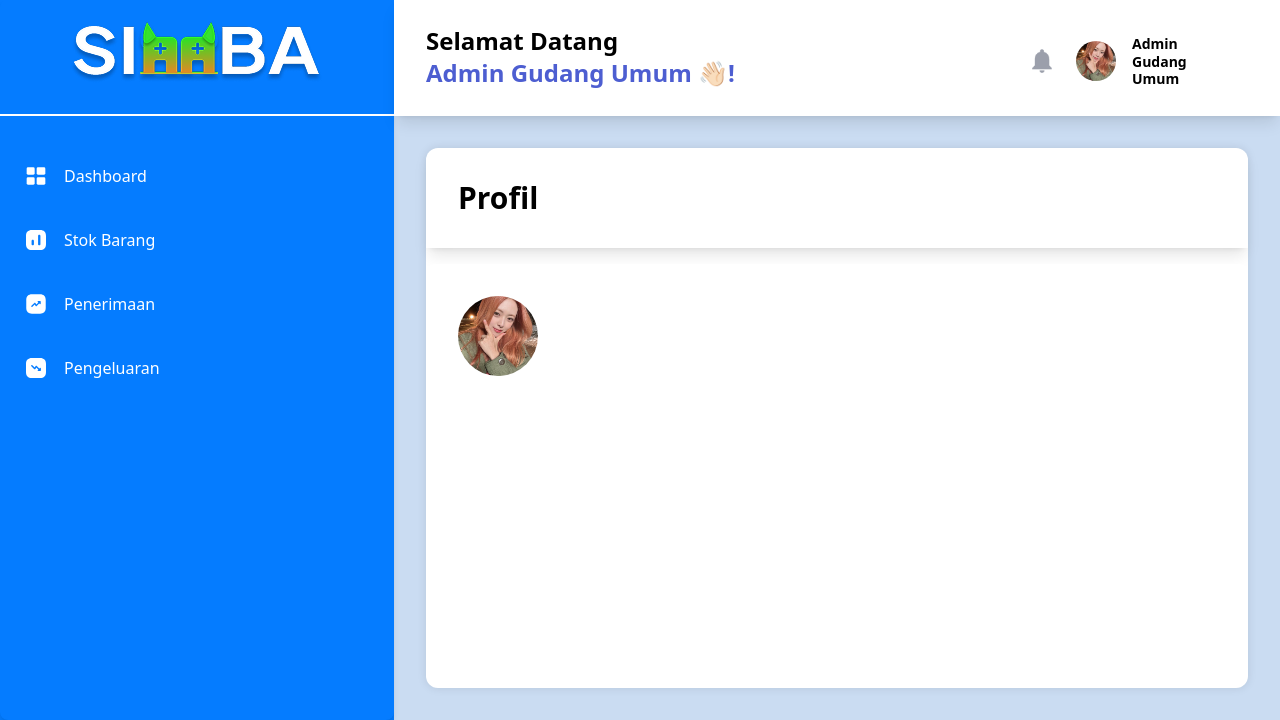
Repository: Gokerwow/inventory-fe
Page: /profil
The author's editor kept a copy of each file at every save. The page is drawn from the files as they stood at one save, then again after the next save.
The browser window is 1280 px wide. The pictures show the whole page.
The project was rebuilt for these pictures with package versions that can differ from the ones it lists, and the page was loaded fresh each time. Also part of the build but not shown: vite.config.ts, src/components/lineChart.tsx, src/pages/dashboard.tsx, src/pages/stokBarang.tsx, src/components/pagination.tsx, src/components/PenerimaanTable.tsx, src/components/RiwayatPenerimaanTable.tsx, src/pages/penerimaan.tsx and 8 more.

Above is the page before, as saved 2025-10-28 12:01:52.

After the next save:
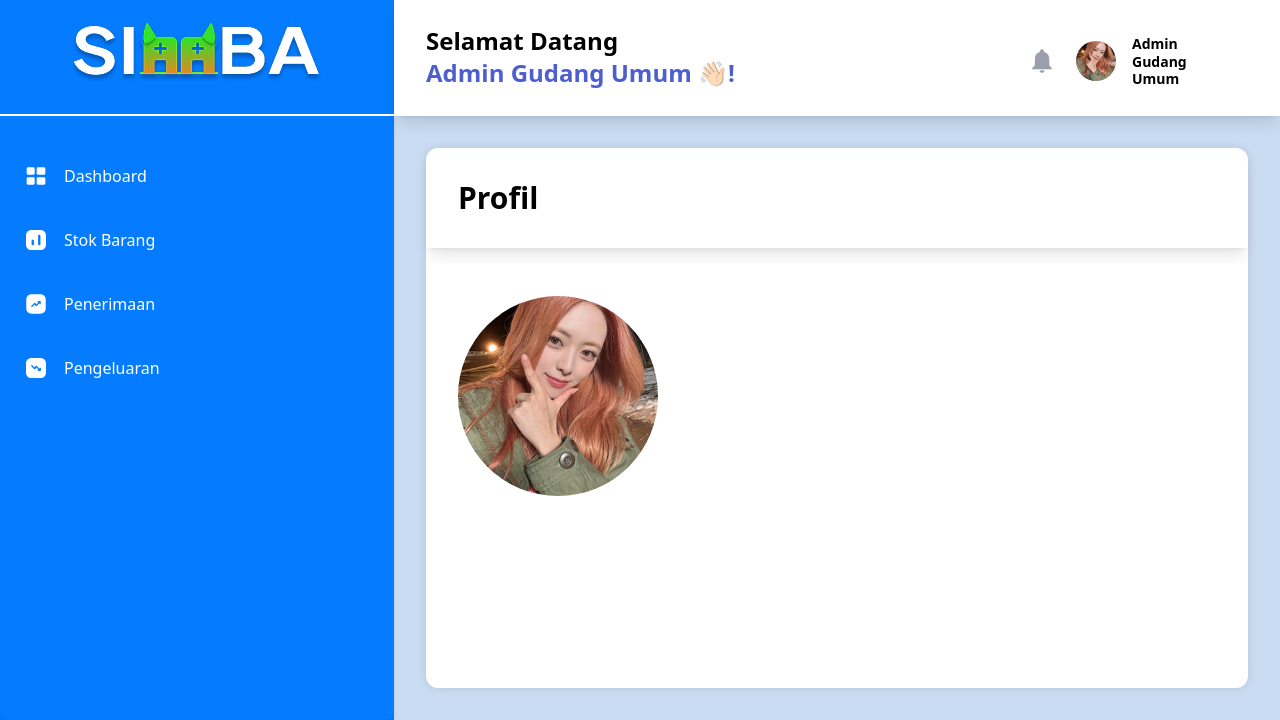
Saved 4 s later.
--- a/src/pages/profil.tsx
+++ b/src/pages/profil.tsx
@@ -5,7 +5,7 @@ function Profil() {
         <div className="bg-white shadow-[0_0_10px_rgba(0,0,0,0.1)] h-full rounded-xl flex flex-col gap-4">
             <h1 className="text-3xl font-bold p-8 shadow-lg">Profil</h1>
             <div className="bg-white rounded-lg p-8">
-                <div className='bg-white rounded-full w-20 h-20 flex items-center justify-center overflow-hidden'>
+                <div className='bg-white rounded-full w-50 h-50 flex items-center justify-center overflow-hidden'>
                     <img src={PfpExample} alt="Profile Picture" className='w-full' />
                 </div>
             </div>
